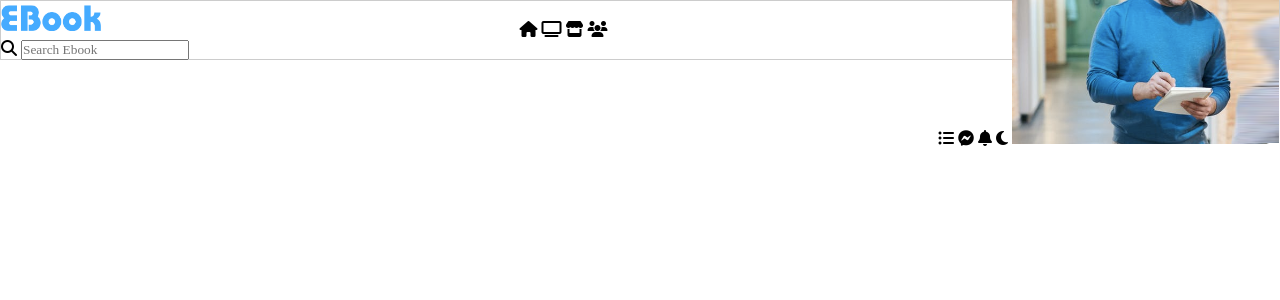
Repository: datvu1608/cloneebook
Page: index.html
An editor plug-in stored every save of this project. The page is shown before and after the next save, followed by the edit.
The browser window is 1280 px wide. The pictures show the whole page.
Some web libraries are served in a nearby version.

Above is the page before, as saved 2023-02-23 14:40:43.

After the next save:
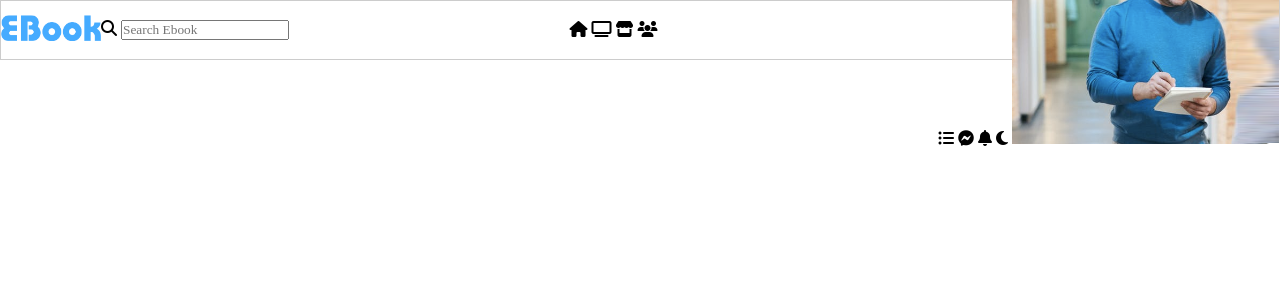
Saved 13 s later.
--- a/style.css
+++ b/style.css
@@ -22,5 +22,7 @@ nav .left img {
   cursor: pointer;
 }
 nav .left {
-          d
+  display: flex;
+  align-items: center;
+  justify-content: center;
 }
